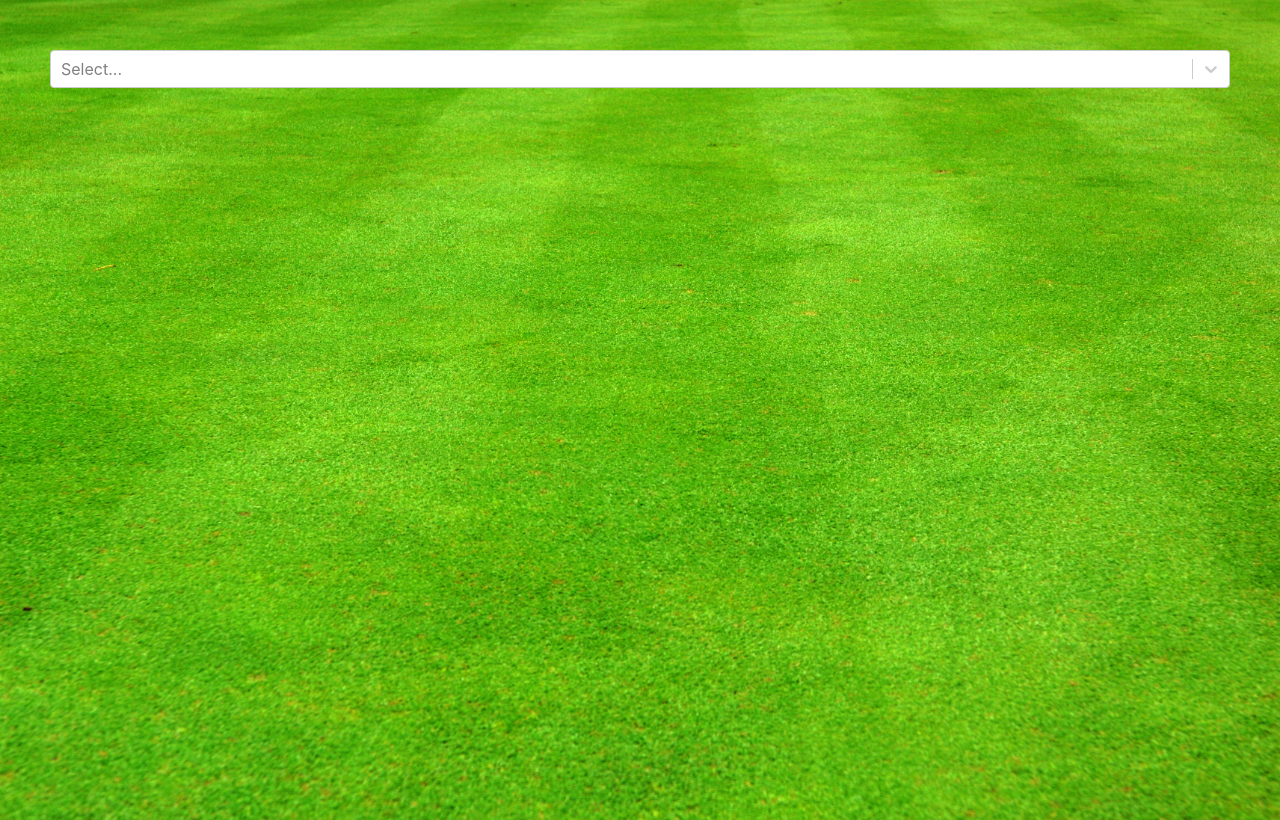
Repository: JorSargsyan/FootballApp
Page: /
An editor plug-in stored every save of this project. The page is shown before and after the next save, followed by the edit.
The browser window is 1280 px wide. The pictures show the whole page.
The page's requests for data from a server got no answer. The project was rebuilt for these pictures with package versions that can differ from the ones it lists, and the page was loaded fresh each time. No one was signed in, and anything a server would have sent is missing. Also part of the build but not shown: src/components/common/Table.js.

Above is the page before, as saved 2019-07-13 17:21:27.

### public/index.html
<!DOCTYPE html>
<html lang="en">
  <head>
    <meta charset="utf-8" />
    <link rel="shortcut icon" href="%PUBLIC_URL%/favicon.ico" />
    <meta name="viewport" content="width=device-width, initial-scale=1" />
    <meta name="theme-color" content="#000000" />
    <!--
      manifest.json provides metadata used when your web app is installed on a
      user's mobile device or desktop. See https://developers.google.com/web/fundamentals/web-app-manifest/
    -->
    <link rel="manifest" href="%PUBLIC_URL%/manifest.json" />
    <link rel="stylesheet" href="https://fonts.googleapis.com/css?family=Roboto:300,400,500&display=swap" />
    <!--
      Notice the use of %PUBLIC_URL% in the tags above.
      It will be replaced with the URL of the `public` folder during the build.
      Only files inside the `public` folder can be referenced from the HTML.

      Unlike "/favicon.ico" or "favicon.ico", "%PUBLIC_URL%/favicon.ico" will
      work correctly both with client-side routing and a non-root public URL.
      Learn how to configure a non-root public URL by running `npm run build`.
    -->
    <title>React App</title>
  </head>
  <body>
    <noscript>You need to enable JavaScript to run this app.</noscript>
    <div id="root"></div>
    <!--
      This HTML file is a template.
      If you open it directly in the browser, you will see an empty page.

      You can add webfonts, meta tags, or analytics to this file.
      The build step will place the bundled scripts into the <body> tag.

      To begin the development, run `npm start` or `yarn start`.
      To create a production bundle, use `npm run build` or `yarn build`.
    -->
  </body>
</html>

### src/App.js
import React from 'react';
import logo from './logo.svg';
import './App.css';
import Container from "./components/Container"

function App() {
  return (
    <div className="App">
        <Container></Container>
    </div>
  );
}

export default App;

### src/App.css

.App{
  padding: 50px;
  height: 100vh;
  background:url("assets/bg.jpg");
  background-repeat: no-repeat;
  background-size: cover;
}



.LeagueInfo{
  margin-top: 20px;
  box-shadow: 0 0 5px 2px #00000047;
  padding: 20px;
  background: #d5d5d5ad;
}

.LeagueInfo h2{
  font-size: 25px;
    color: #0a0a0ac2;
}

.LeagueInfo .img-area{
  display: flex;
  width: 300px;
  justify-content: space-between;
  align-items: center;

}

.LeagueInfo img{
  height: 60px;
  display: block;
}

.LeagueInfo img:nth-child(2){
  width: 100px;
  object-fit: contain;
  margin-left: 15px;
}

### src/components/Container/index.js
import React, { Component } from 'react'
import PropTypes from 'prop-types'
import Select from 'react-select';
import axios from 'axios';
import SimpleTable from "../common/Table"


const config = {
    headers: {
        "X-RapidAPI-Host": "api-football-v1.p.rapidapi.com",
        "X-RapidAPI-Key": "afc6347074msh5602bdc3ba130d0p170b44jsn6e420664b59f"
    }
}

export default class Container extends Component {

    static propTypes = {
        prop: PropTypes
    }

    state = {
        selectedOption: null,
        countries: [],
        league: [],
        standings:[],
    };

    handleChange = selectedOption => {
        this.setState({ selectedOption });
        axios.get(`https://api-football-v1.p.rapidapi.com/v2/leagues/country/${selectedOption.value}/${2018}`, config)
            .then(res => {
                let league = res.data.api.leagues[0];
                this.setState({ league });


                axios.get(`https://api-football-v1.p.rapidapi.com/v2/leagueTable/${league.league_id}`, config)
                .then(res => {
                    let standings = res.data.api.standings[0];
                    this.setState({ standings });
                })

            })
    };


    componentDidMount() {


        axios.get(`https://api-football-v1.p.rapidapi.com/v2/countries`, config)
            .then(res => {
                let countries = res.data.api.countries;
                countries = countries.map(i => { return { label: i.country, value: i.code } });
                this.setState({ countries });
            })
    }

    render() {
        const { selectedOption } = this.state;
        return (
            <div className="classes.root">
                <Select
                    value={selectedOption}
                    onChange={this.handleChange}
                    options={this.state.countries}
                />
                {this.state.standings.length > 0 &&
                <div className="LeagueInfo">
                    <h2>{this.state.league.country}</h2>
                    <div className='img-area'>
                        <img src={this.state.league.flag} />
                        <img src={this.state.league.logo} />
                    </div>
                    <SimpleTable
                    data={this.state.standings}
                    header={[
                        {name:"Rank",prop:"rank"},
                        {name:"Team Name",prop:"teamName"},
                        {name:"Points",prop:"points"},
                        {name:"Form",prop:"forme"},
                        {name:"Goals Difference",prop:"goalsDiff"},
                        {name:"Matches Played",prop:"matchPlayed"},
                        {name:"Win",prop:"Win"},
                        {name:"Draw",prop:"Draw"},
                        {name:"Lose",prop:"Lose"},
                        {name:"Status",prop:"status"}
                    ]}
                    ></SimpleTable>

                </div>
                 }
            </div>
        )
    }
}

Loaded but not shown: src/index.js (common file); src/index.css (common file); src/serviceWorker.js (common file)

After the next save:
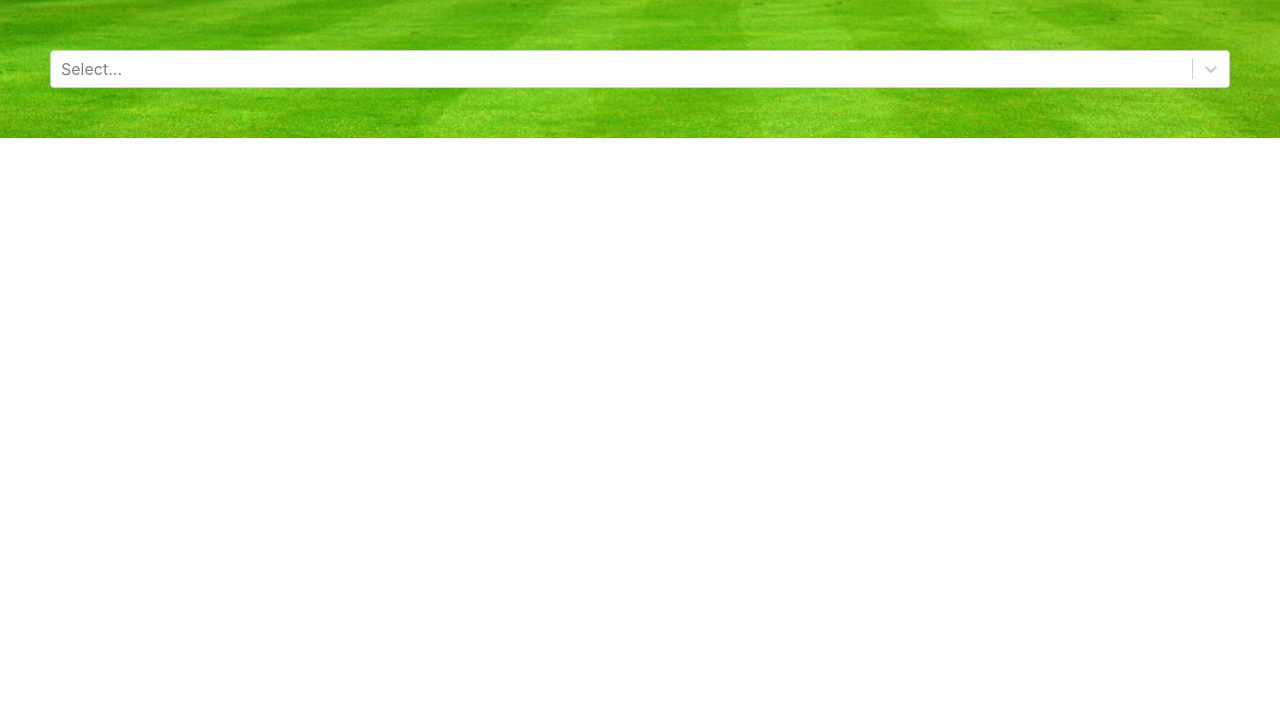
Saved 27 s later.
--- a/src/App.css
+++ b/src/App.css
@@ -1,7 +1,7 @@
 
 .App{
   padding: 50px;
-  height: 100vh;
+  height: auto;
   background:url("assets/bg.jpg");
   background-repeat: no-repeat;
   background-size: cover;
